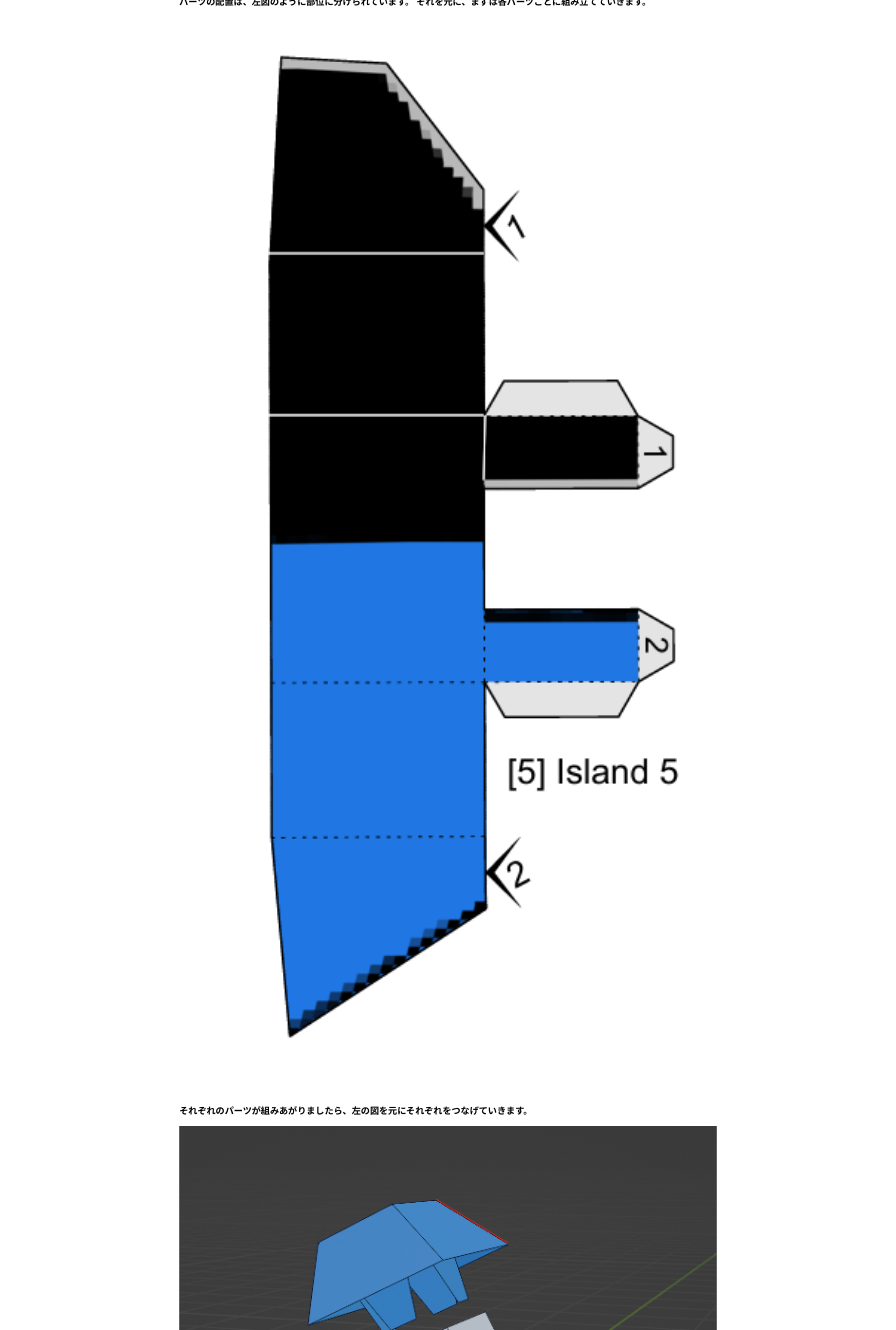
Repository: tdu-src/3D2024_asahisai
Page: html/Isago.html
An editor plug-in stored every save of this project. The page is shown before and after the next save, followed by the edit.
The browser window is 1280 px wide. The pictures show the part of the page from y = 3451 to 5351 px (the page is 6051 px tall before and 6089 px after), at 70% of full size.
A picture or video elsewhere on the page could not be fetched, so the positions and the page height are approximate. Some web fonts or font styles are not loaded; a fallback is used.

Above is the page before, as saved 2024-10-30 17:51:13.

After the next save:
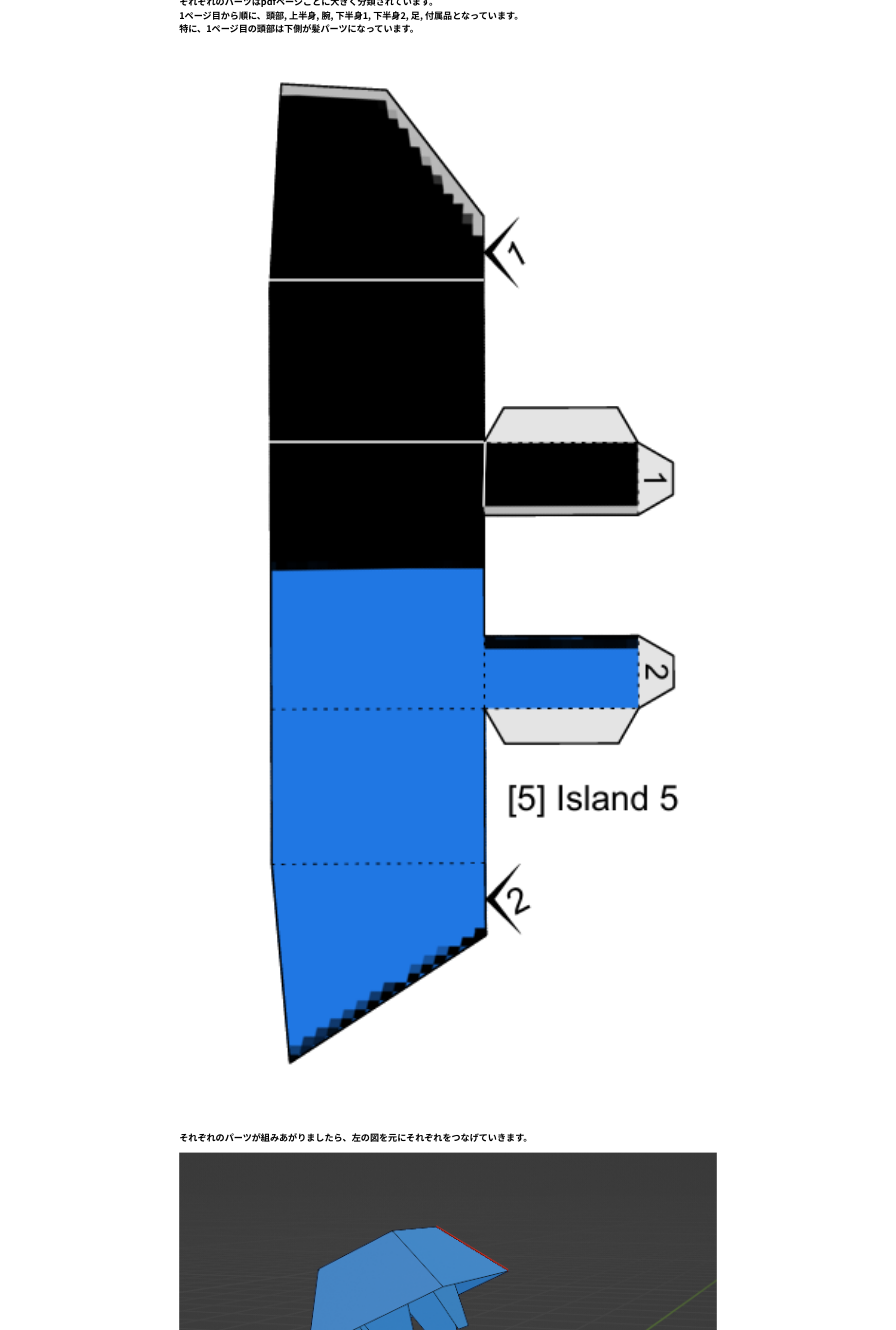
Saved 3 min 53 s later.
--- a/html/Isago.html
+++ b/html/Isago.html
@@ -162,8 +162,9 @@
                     <div>
                         <div class="explain-content-sentence">
                             <h3 class="paragraph-content">
-                                パーツの配置は、左図のように部位に分けられています。
-                                それを元に、まずは各パーツごとに組み立てていきます。
+                                それぞれのパーツはpdfページごとに大きく分類されています。<br>
+                                1ページ目から順に、頭部, 上半身, 腕, 下半身1, 下半身2, 足, 付属品となっています。<br>
+                                特に、1ページ目の頭部は下側が髪パーツになっています。
                             </h3>
                         </div>
                     </div>
